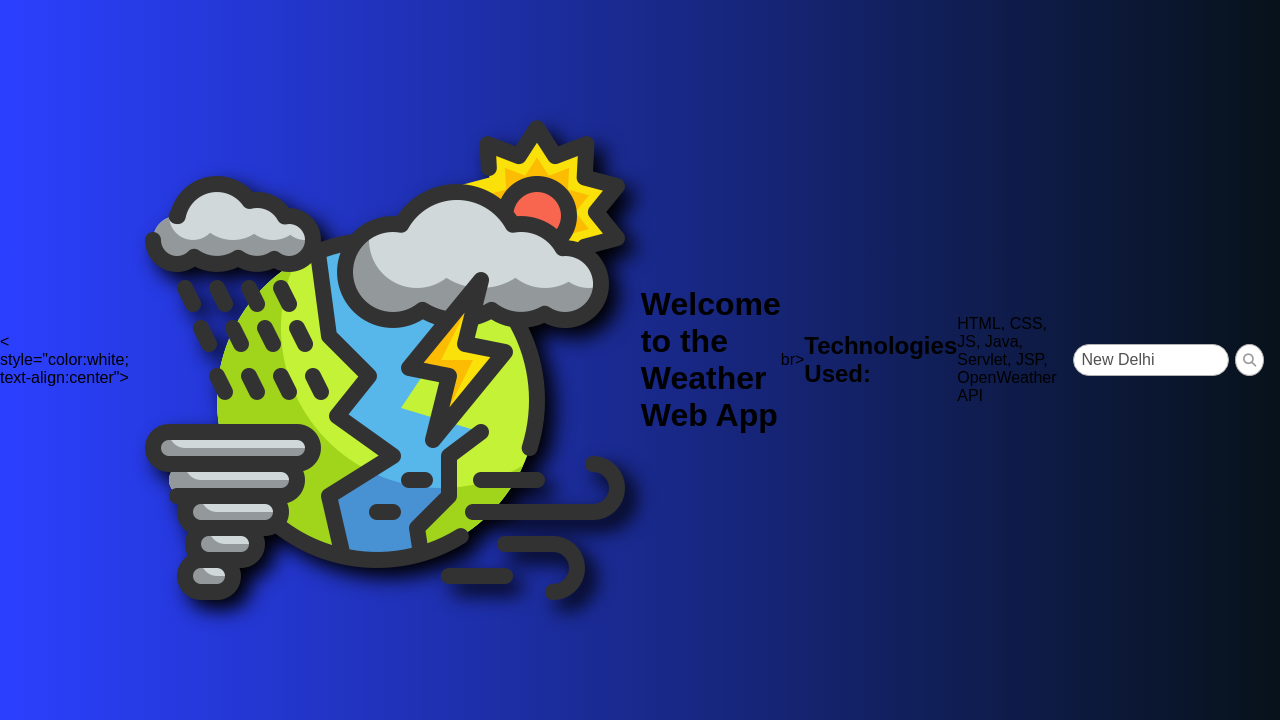
Repository: Adeshppp/Weather-Application-By-Using-JSP-and-Servlet
Page: MyWeatherApp/src/main/webapp/index.html
These files come from the project's save history. The page is drawn as it stood at one moment and after the next save; the edit follows.
The browser window is 1280 px wide. The pictures show the whole page.

Above is the page before, as saved 2023-11-03 05:40:38.

After the next save:
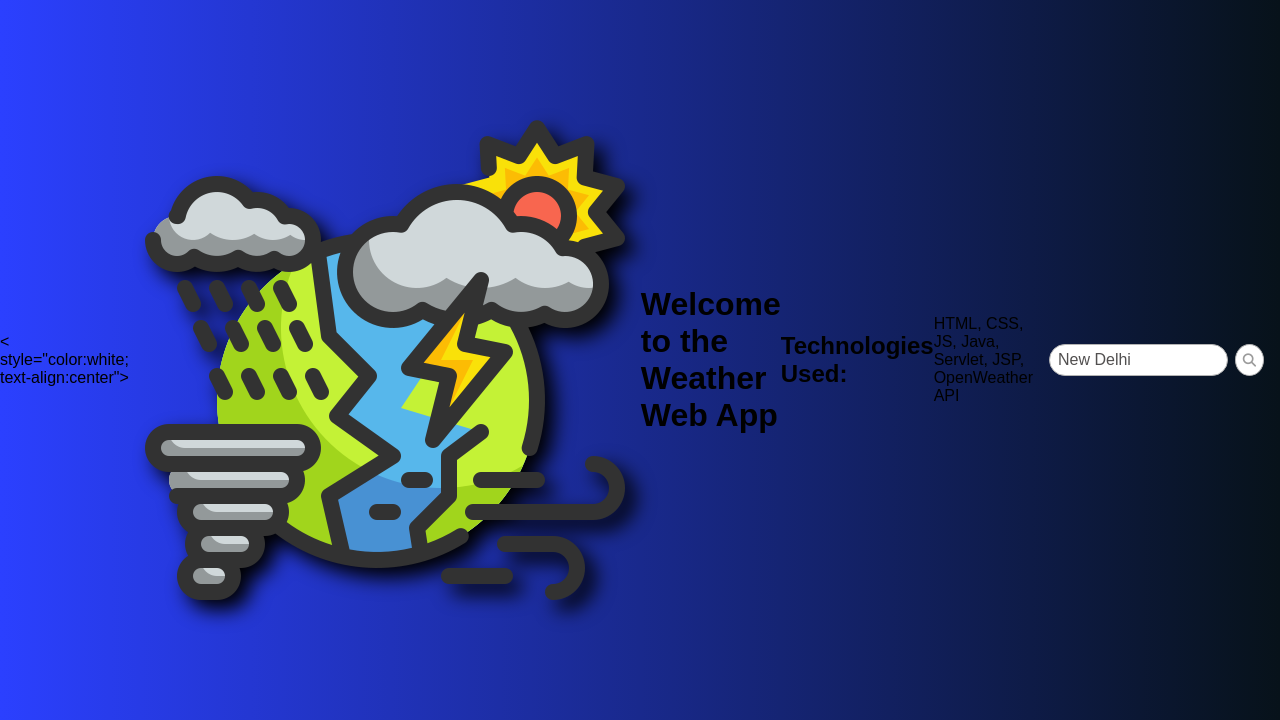
Saved 9 s later.
--- a/MyWeatherApp/src/main/webapp/index.html
+++ b/MyWeatherApp/src/main/webapp/index.html
@@ -13,7 +13,7 @@
 < style="color:white; text-align:center">
 <img src="images/weather-logo.png" style=" height: auto;width: auto;filter: drop-shadow(10px 10px 10px black);">
     <h1>Welcome to the Weather Web App</h1>
-	br>
+	</br>
     <h2>Technologies Used: </h2> <p>HTML, CSS, JS, Java, Servlet, JSP, OpenWeather API</p>
      <form action="MyServlet" method="post" class="searchInput">
             <input type="text" placeholder="Enter City Name" id="searchInput" value="New Delhi" name="city"/>
